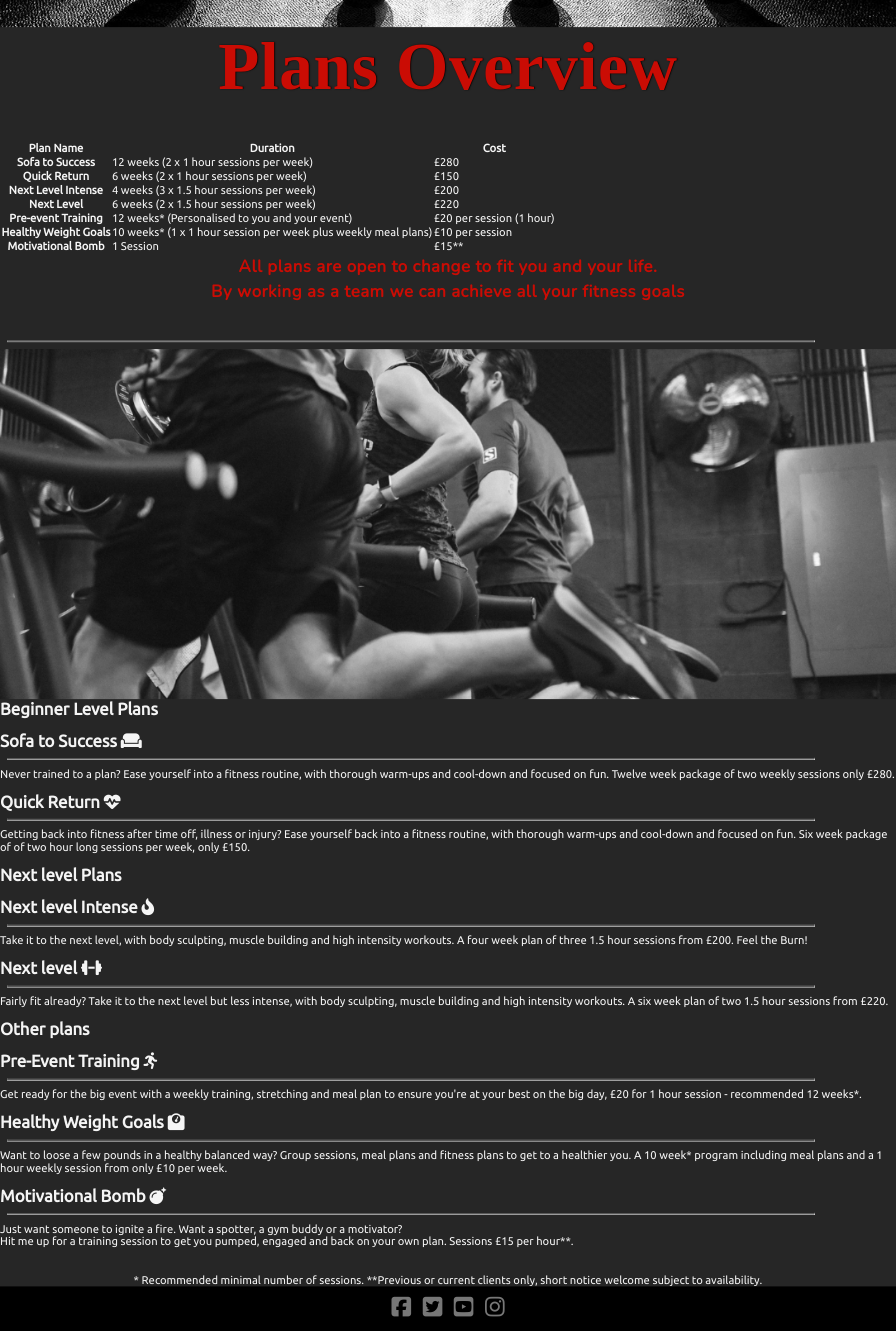
Repository: ClaireRoberts1403/Joe-Bloggs-Personal-Trainer
Page: html/plans.html
The author's editor kept a record of every edit. The page is drawn from the files as they stood at one moment, then again after the next edit.
The browser window is 1280 px wide. The pictures show the part of the page from y = 724 to 2644 px (the page is 2626 px tall before and 2644 px after), at 70% of full size.
Backgrounds fixed to the window are drawn as part of the page. Some web fonts or font styles are not loaded; a fallback is used. Some web libraries are served in a nearby version.

Above is the page before.

After the next edit:
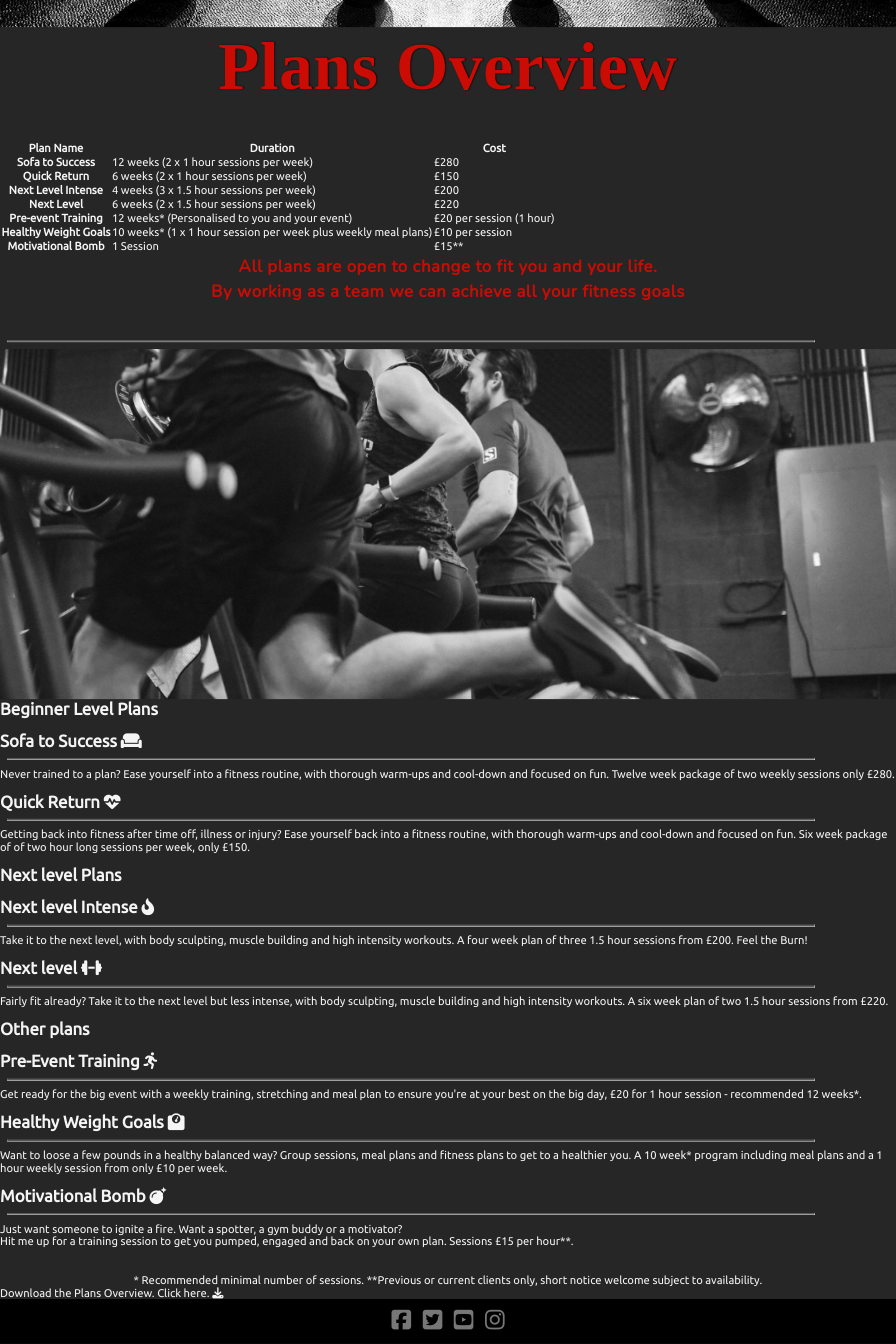
The edit:
--- a/html/plans.html
+++ b/html/plans.html
@@ -95,7 +95,7 @@
 			<hr id="planshr">
 		</div>
 		<div class="plans-image2">
-			</div>
+		</div>
 	</section>
 
 	<section id="plansdescription">
@@ -147,11 +147,16 @@
 		<br>
 	</div>
 	</div>
-<div id="footnote">
-	<p>* Recommended minimal number of sessions. **Previous or current clients only, short notice welcome subject to availability.</p>
-</div>
+	<div id="footnote">
+		<p>* Recommended minimal number of sessions. **Previous or current clients only, short notice welcome subject to availability.</p>
+	</div>
 
-
+	<div>
+		<p class="inline-block">Download the Plans Overview. Click here.
+			<a href="../assets/Joe Bloggs _ Personal Trainer Plans.pdf" target="_blank" class="cv-pdf"><i class="fa fa-download" aria-hidden="true"></i>
+                <span class="sr-only">Download link</span></a>
+		</p>
+	</div>
 
 	<footer>
 		<ul class="social-networks">
